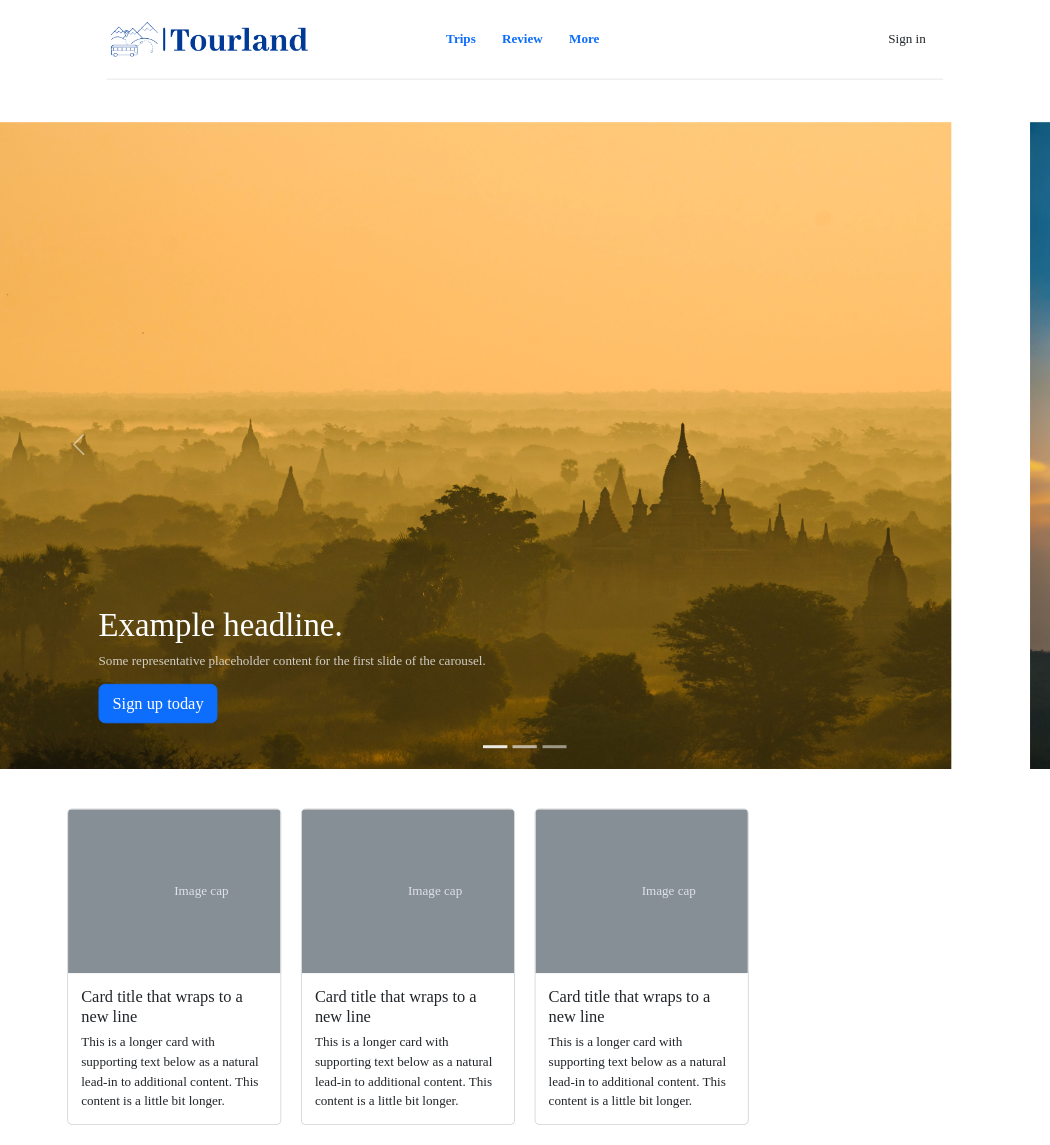
Repository: nyeinsu4520/tourland
Page: http://localhost/index
An editor plug-in stored every save of this project. The page is shown before and after the next save, followed by the edit.
The browser window is 1280 px wide. The pictures show the whole page, at 82% of full size.
Some web fonts or font styles are not loaded; a fallback is used. The page is this project's Thymeleaf template; nobody is signed in. The template is opened directly, without the code that normally fills it, so the values that code supplies are empty.

Above is the page before, as saved 2024-05-31 17:18:22.

After the next save:
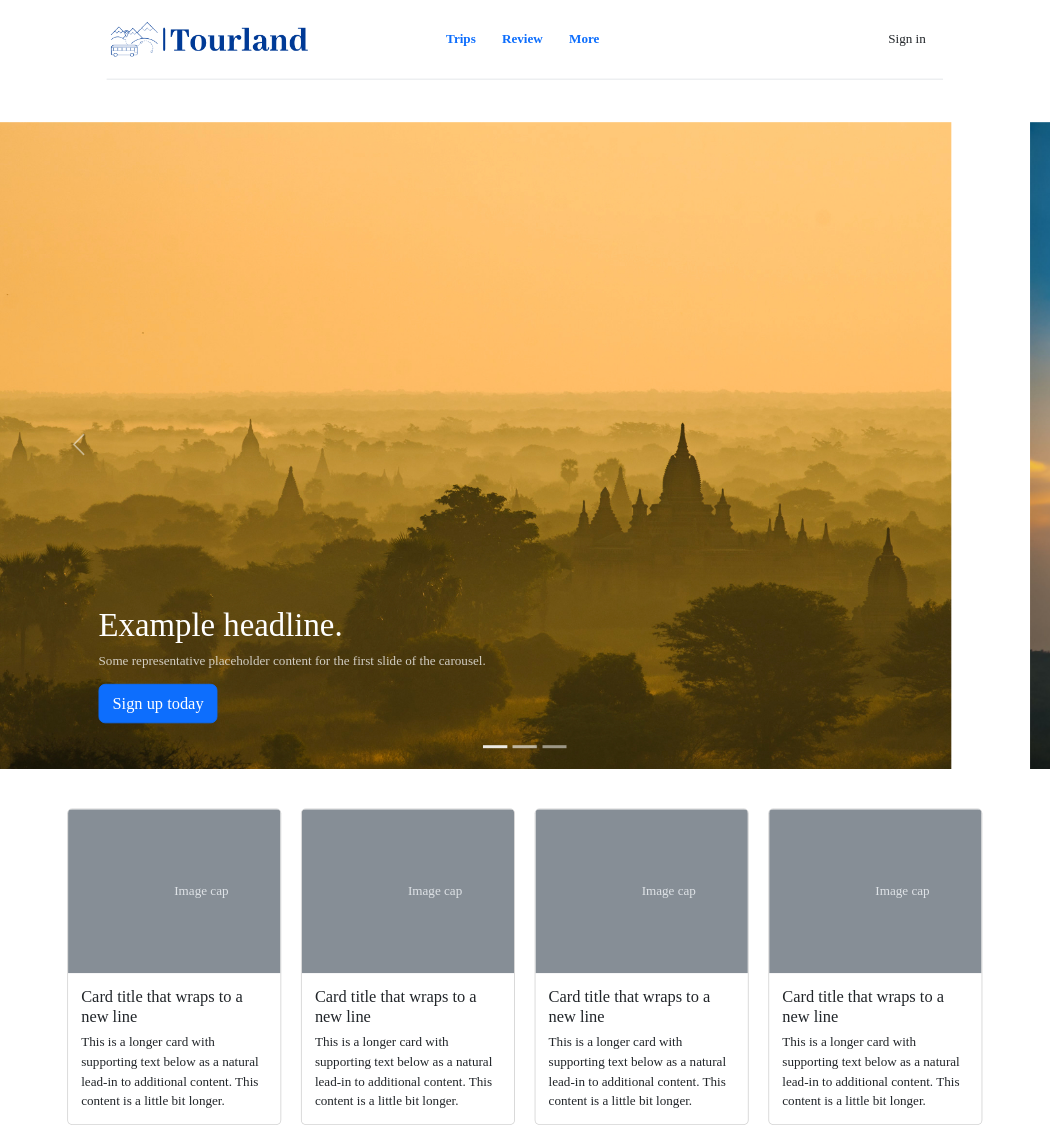
Saved 13 s later.
--- a/Tourland/src/main/resources/templates/index.html
+++ b/Tourland/src/main/resources/templates/index.html
@@ -155,6 +155,15 @@
           	</div>
         </div>
     </div>
+    <div class="col-sm-6 col-md-4 col-lg-3 mb-4">
+        <div class="card">
+        <svg class="bd-placeholder-img card-img-top" width="100%" height="200" xmlns="http://www.w3.org/2000/svg" role="img" aria-label="Placeholder: Image cap" preserveAspectRatio="xMidYMid slice" focusable="false"><title>Placeholder</title><rect width="100%" height="100%" fill="#868e96"/><text x="50%" y="50%" fill="#dee2e6" dy=".3em">Image cap</text></svg>
+         	<div class="card-body">
+         	<h5 class="card-title">Card title that wraps to a new line</h5>
+         	<p class="card-text">This is a longer card with supporting text below as a natural lead-in to additional content. This content is a little bit longer.</p>
+          	</div>
+        </div>
+    </div>
     </div>
 
 	</div>
